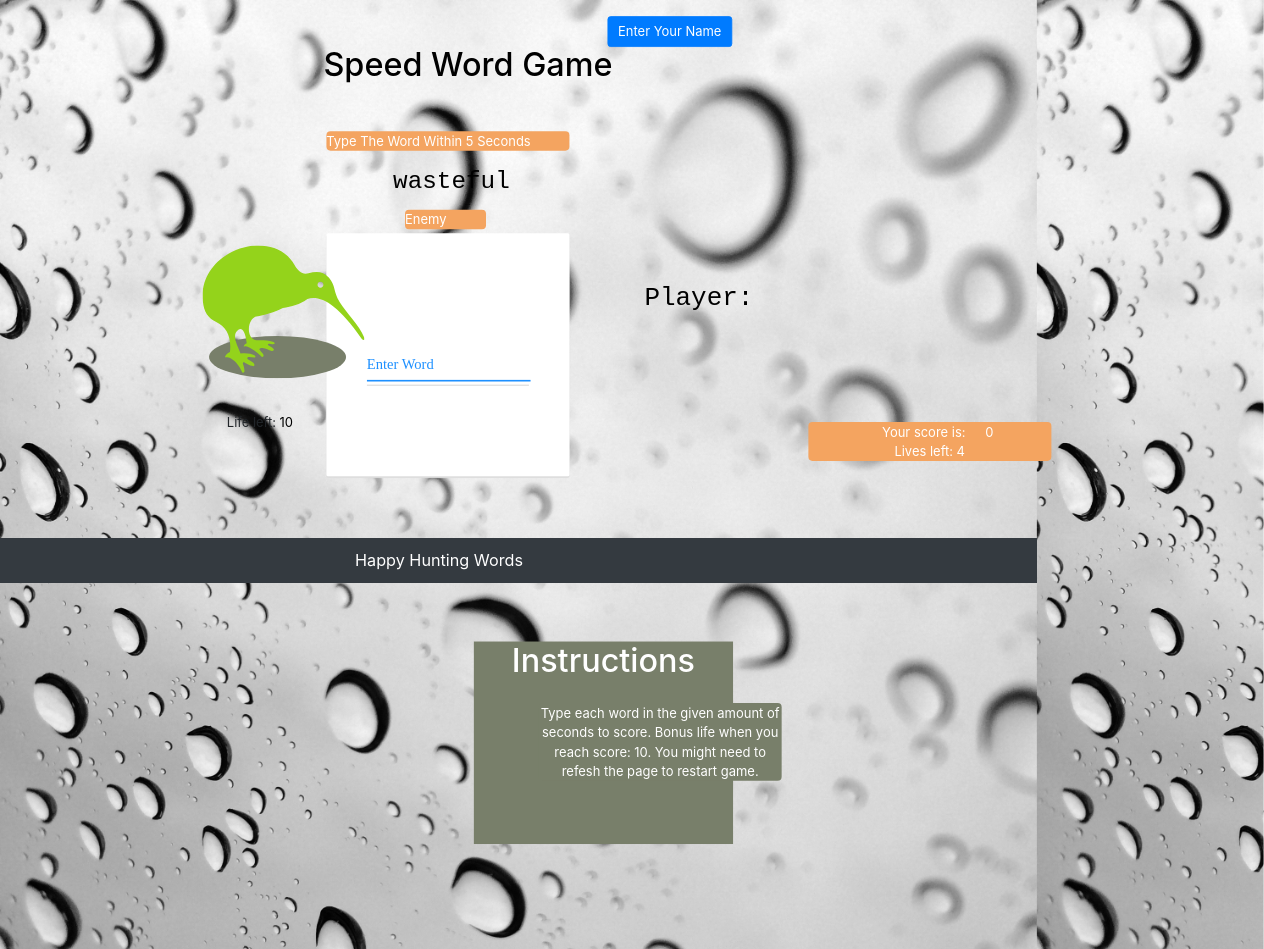
Repository: konstantin0s/word-game-project
Page: modal.html
An editor plug-in stored every save of this project. The page is shown before and after the next save, followed by the edit.
The browser window is 1280 px wide. The page is 1560 px wide, so the pictures cover 1560 px, including what lies to the right of the window. The pictures show the whole page, at 81% of full size.
Backgrounds fixed to the window are drawn as part of the page. Some web libraries are served in a nearby version.

Above is the page before, as saved 2019-02-14 11:08:44.

### modal.html
<!DOCTYPE html>
<html lang="en">

<head>

  <meta charset="utf-8">
  <meta name="viewport" content="width=device-width, initial-scale=1, shrink-to-fit=no">
  <meta name="description" content="">
  <meta name="author" content="">

  <title>Speed Word Game</title>
  <!-- <link rel="stylesheet" href="https://maxcdn.bootstrapcdn.com/bootstrap/3.4.0/css/bootstrap.min.css"> -->
  <script src="https://ajax.googleapis.com/ajax/libs/jquery/3.3.1/jquery.min.js"></script>
  <script src="https://maxcdn.bootstrapcdn.com/bootstrap/3.4.0/js/bootstrap.min.js"></script>
  <script src="https://cdnjs.cloudflare.com/ajax/libs/p5.js/0.7.3/p5.js"></script>
  <!-- Bootstrap core CSS -->
  <link href="vendor/bootstrap/css/bootstrap.min.css" rel="stylesheet">

  <!-- Custom styles for this template -->
  <link href="css/the-big-picture.css" rel="stylesheet">
  <link rel="stylesheet" href="css/style.css">

</head>

<body>

  <!-- Navigation -->
  <nav class="navbar navbar-expand-lg navbar-dark bg-dark fixed-bottom">
    <div class="container">
      <a class="navbar-brand" href="#">Happy Hunting Words</a>
      <button class="navbar-toggler" type="button" data-toggle="collapse" data-target="#navbarResponsive" aria-controls="navbarResponsive" aria-expanded="false" aria-label="Toggle navigation">
        <span class="navbar-toggler-icon"></span>
      </button>
      <div class="collapse navbar-collapse" id="navbarResponsive">
      </div>
    </div>
  </nav>



<!-- Button trigger modal -->
<button type="button" id="clearPlayer" class="btn btn-primary" data-toggle="modal" data-target="#exampleModalCenter">
    Enter Your Name
  </button>

  <!-- Modal -->
  <div class="modal fade" id="exampleModalCenter" tabindex="-1" role="dialog" aria-labelledby="exampleModalCenterTitle" aria-hidden="true">
    <div class="modal-dialog modal-dialog-centered" role="document">
      <div class="modal-content">
        <div class="modal-header">
          <h5 class="modal-title" id="exampleModalLongTitle">Player Name</h5>
          <button type="button" class="close" data-dismiss="modal" aria-label="Close">
            <span aria-hidden="true">&times;</span>
          </button>
        </div>
        <div class="modal-body">
            <h3 id="playerN">Enter Your Name</h3>
            <input id="name" onchange="say_hi()">
        </div>
      </div>
    </div>
  </div>
<h2 id="user">
  Player:
</h2>

<div id="output"></div>

  <!-- Page Content -->
  <section>
    <div class="container">
      <div class="row">
        <div class="col-lg-6">
          <h1 class="mt-5">Speed Word Game</h1>
          <p class="type">Type The Word Within
            <span id="sec"></span>
            Seconds</p>
          <div id="wordsDisplay">

          </div>
          <div id="time">
           <p>Time left:</p> <span id="timeLeft"></span>
          </div>
          <div id="userDetails">
             Your score is: <span id="score">0</span><br>
             Lives left: <span id="lives">3</span>
          </div>
          <div class="wrapper">
            <input class="input" id="inputWord" onchange="compareGuess()" placeholder="Enter Word" type="text"  autofocus>
            <span class="underline"></span>
        </div>
        </div>
      </div>
    </div>
  </section>

  <div id="corWrong"></div>

   <p id="messageP"></p>
   <div class="enemy">
    Life left: <span id="enemyLife">10</span>
   </div>
  <svg version="1.1" id="Layer_1" xmlns="http://www.w3.org/2000/svg" xmlns:xlink="http://www.w3.org/1999/xlink" x="0px" y="0px"
  width="612px" height="502.174px" viewBox="0 65.326 612 502.174" enable-background="new 0 65.326 612 502.174"
  xml:space="preserve" class="logo">

<ellipse class="ground" cx="283.5" cy="487.5" rx="259" ry="80"/>
<path class="kiwi" d="M210.333,65.331C104.367,66.105-12.349,150.637,1.056,276.449c4.303,40.393,18.533,63.704,52.171,79.03
 c36.307,16.544,57.022,54.556,50.406,112.954c-9.935,4.88-17.405,11.031-19.132,20.015c7.531-0.17,14.943-0.312,22.59,4.341
 c20.333,12.375,31.296,27.363,42.979,51.72c1.714,3.572,8.192,2.849,8.312-3.078c0.17-8.467-1.856-17.454-5.226-26.933
 c-2.955-8.313,3.059-7.985,6.917-6.106c6.399,3.115,16.334,9.43,30.39,13.098c5.392,1.407,5.995-3.877,5.224-6.991
 c-1.864-7.522-11.009-10.862-24.519-19.229c-4.82-2.984-0.927-9.736,5.168-8.351l20.234,2.415c3.359,0.763,4.555-6.114,0.882-7.875
 c-14.198-6.804-28.897-10.098-53.864-7.799c-11.617-29.265-29.811-61.617-15.674-81.681c12.639-17.938,31.216-20.74,39.147,43.489
 c-5.002,3.107-11.215,5.031-11.332,13.024c7.201-2.845,11.207-1.399,14.791,0c17.912,6.998,35.462,21.826,52.982,37.309
 c3.739,3.303,8.413-1.718,6.991-6.034c-2.138-6.494-8.053-10.659-14.791-20.016c-3.239-4.495,5.03-7.045,10.886-6.876
 c13.849,0.396,22.886,8.268,35.177,11.218c4.483,1.076,9.741-1.964,6.917-6.917c-3.472-6.085-13.015-9.124-19.18-13.413
 c-4.357-3.029-3.025-7.132,2.697-6.602c3.905,0.361,8.478,2.271,13.908,1.767c9.946-0.925,7.717-7.169-0.883-9.566
 c-19.036-5.304-39.891-6.311-61.665-5.225c-43.837-8.358-31.554-84.887,0-90.363c29.571-5.132,62.966-13.339,99.928-32.156
 c32.668-5.429,64.835-12.446,92.939-33.85c48.106-14.469,111.903,16.113,204.241,149.695c3.926,5.681,15.819,9.94,9.524-6.351
 c-15.893-41.125-68.176-93.328-92.13-132.085c-24.581-39.774-14.34-61.243-39.957-91.247
 c-21.326-24.978-47.502-25.803-77.339-17.365c-23.461,6.634-39.234-7.117-52.98-31.273C318.42,87.525,265.838,64.927,210.333,65.331
 z M445.731,203.01c6.12,0,11.112,4.919,11.112,11.038c0,6.119-4.994,11.111-11.112,11.111s-11.038-4.994-11.038-11.111
 C434.693,207.929,439.613,203.01,445.731,203.01z"/>
<filter id="pictureFilter" >
 <feGaussianBlur stdDeviation="15" />
</filter>
</svg>


<div class="instructions">
  <h1>Instructions</h1>
  <p>Type each word in the given amount of seconds to score.
    Bonus life when you reach score: 10.
    You might need to refesh the page to restart game.
  </p>
</div>

  <!-- Bootstrap core JavaScript -->
  <script src="vendor/jquery/jquery.min.js"></script>
  <script src="vendor/bootstrap/js/bootstrap.bundle.min.js"></script>
  <script src="js/main.js"></script>

</body>

</html>

### css/the-big-picture.css
/*!
 * Start Bootstrap - The Big Picture (https://startbootstrap.com/template-overviews/the-big-picture)
 * Copyright 2013-2019 Start Bootstrap
 * Licensed under MIT (https://github.com/BlackrockDigital/startbootstrap-the-big-picture/blob/master/LICENSE)
 */
body {
  background: url('../img/drop.jpg') no-repeat center center fixed;
  -webkit-background-size: cover;
  -moz-background-size: cover;
  background-size: cover;
  -o-background-size: cover;
}

### css/style.css
body {
  margin: 0;
  padding: 0;
  z-index: 40;
  overflow-x: hidden;
}

.container {
  display: flex;
  flex-direction: column;
  justify-content: center;

}

.container .type {
   position: relative;
   top: 20px;
}
.mt-5 {
  color: black;
  text-align: center;
  position: relative;
  top: -30px;
  left: 290px;
}
.wrapper {
  background-color: #FFF;
  border-radius: 2px;
  box-shadow: 0px 2px 1px 0px #DDD;
  box-sizing: border-box;
  height: 300px;
  left: 550px;
  margin: -150px 0 0 -150px;
  position: absolute;
  top: 400px;
  width: 300px;

}

.input {
  background-color: transparent;
  border: none;
  border-bottom: 1px solid #CCC;
  color: #555;
  box-sizing: border-box;
  font-family: 'Arvo';
  font-size: 18px;
  height: 50px;
  left: 50%;
  margin: -25px 0 0 -100px;
  padding: 10px 0px;
  position: relative;
  top: 50%;
  width: 200px;

  &:focus {
    outline: none;
  }
}

input::-webkit-input-placeholder {
  color: #AAA;
}

input:focus::-webkit-input-placeholder {
  color: dodgerblue;
}

.input:focus+.underline {
  transform: scale(1);
}

.underline {
  background-color: dodgerblue;
  display: inline-block;
  height: 2px;
  left: 50px;
  margin-top: -4px;
  position: absolute;
  top: 185px;
  -webkit-transform: scale(0, 1);
  transform: scale(0, 1);
  -webkit-transition: all 0.5s linear;
  transition: all 0.5s linear;
  width: 202px;
}


font {
  color: white;
}

#wordsDisplay {
  position: relative;
  top: 20px;
  left: 387px;
  color: black;
  font-family: 'Courier New', Courier, monospace;
  font-size: 30px;
  width: 305px;
  text-align: center;
}
#userDetails {
  position: relative;
  top: 230px;
 float: right;
 /* left: 500px; */
 left: 740px;
  color: white;
  background-color: sandybrown;
  width: 300px;
  text-align: center;
  border-radius: 5px;
}

#score {
  position: relative;
  top: 0px;
  left: 20px;
  color: white;
  background-color: sandybrown;
}

#time {
  text-align: center;
}

 p {
  position: relative;
  top: 450px;
  left: 385px;
  color: white;
  background-color: sandybrown;
  width: 300px;
  border-radius: 5px;
 }

#timeLeft {
  position: relative;
  top: 400px;
  left: 330px;
  color: white;
  background-color: sandybrown;
}

.sec {
  position: relative;
  top: 400px;
  left: 330px;
  color: white;
  background-color: sandybrown;
}

b {
  color: black;
  text-transform: capitalize;;
}

#user {
  position: relative;
  top: 350px;
  right: 350px;
  float: right;
  color: black;
  font: 33px;
  font-family: 'Courier New', Courier, monospace;
}

#output {
  position: relative;
  color: black;
  float: right;
  right: 250px;
  font-size:28px;
  top: 410px;
}

#playerN {
  color: black;
}

.newP {
  position: relative;
  left: 40px;
  top: 120px;
}

.navbar-brand {
  position: relative;
  left: -90px;
}


@import "compass/css3";

.logo {
  position: relative;
  width: 200px;
  height: 164px;
  left: 250px;
  top: -100px;
}

.kiwi {
  fill: #94d31b;

}
.kiwi:hover {
  fill: #ace63c;
}

.ground {
  fill: #787f6a;
}
.ground:hover {
  filter: url(#pictureFilter);
  fill: #896d3d;
}

#messageP {
  position: relative;
  top: -80px;
  width: 100px;
  left: 500px;
}

.instructions {
  background-color: #787f6a;
  width: 25%;
  height: 250px;
  color: white;
  position: relative;
  left: 580px;
  top: 220px;
  margin: 5px;
  text-align: center;
  margin-bottom: 350px;
}

.instructions p {
  background-color: #787f6a;
  position: relative;
  left: 80px;
  top: 20px;
  width: 1005;
  text-align: center;
}

#clearPlayer {
  position: relative;
  top: 20px;
  left: 750px;
}

#corWrong {
  position: relative;
  left: 780px;
  top: 270px;
  color: black;
  font: 30px;
}

#enemyLife {
  color: black;
}
 .enemy {
   left: 280px;
   position: relative;
   top:130px;
 }

#modalContainer {
	background-color:rgba(0, 0, 0, 0.3);
	position:absolute;
  top:0;
	width:100%;
	height:100%;
	left:0px;
	z-index:10000;
  /* background: url('../img/drop.jpg') no-repeat center center fixed;required by MSIE to prevent actions on lower z-index elements */
}

#alertBox {
	position:relative;
  width:43%;
  height: 25%;
	min-height:100px;
  max-height:400px;
	margin-top:50px;
	border:1px solid #fff;
	background-color:#fff;
	background-repeat:no-repeat;
  top:30%;
  left: 500px;
}

#modalContainer > #alertBox {
  position:fixed;
}

#alertBox h1 {
	margin:0;
	font:bold 1em Raleway,arial;
	background-color:#f97352;
  color:#FFF;
  text-align: center;
	border-bottom:1px solid #f97352;
	padding:10px 0 10px 5px;
}

#alertBox p {
 height:50px;
	padding-left:5px;
  padding-top:30px;
  text-align:center;
   vertical-align:middle;
  visibility: hidden;
}

#alertBox #closeBtn {
	display:block;
	position:relative;
	margin:10px auto 10px auto;
  padding:7px;
	border:0 none;
	width:170px;
	text-transform:uppercase;
	text-align:center;
	color:#FFF;
	background-color:#f97352;
	border-radius: 0px;
	text-decoration:none;
  outline:0!important;
} */

/* unrelated styles */

 /* #mContainer {
  position:relative;
	width:600px;
	margin:auto;
	padding:5px;
	border-top:2px solid #fff;
	border-bottom:2px solid #fff;
}

h1,h2 {
	margin:0;
  padding:4px;
}

code {
	font-size:1.2em;
	color:#069;
}

#credits {
	position:relative;
	margin:25px auto 0px auto;
	width:350px;
	font:0.7em verdana;
	border-top:1px solid #000;
	border-bottom:1px solid #000;
	height:90px;
	padding-top:4px;
}

#credits img {
	float:left;
	margin:5px 10px 5px 0px;
	border:1px solid #000000;
	width:80px;
	height:79px;
}

.important {
	background-color:#F5FCC8;
	padding:2px;

}

@media (max-width: 600px)
{
  #alertBox {
	position:relative;
	width:90%;
  top:30%;
}
} */

### js/main.js
function say_hi() {
  var name = document.getElementById("name").value;
  var html = "<b>" + name + "</b> ";
 document.getElementById("output").innerHTML = html;
}

function clearPlayer() {
  document.getElementById("name").value = "";
  var input = document.getElementById("name");
  input.style.visibility = "hidden";
  var playerN = document.getElementById("playerN");
  playerN.style.visibility = "hidden";
  var clearPlayer = document.getElementById("clearPlayer");
  clearPlayer.style.visibility = "hidden";
  var exampleModalCenter = document.getElementById("exampleModalCenter");
  exampleModalCenter.style.visibility = "none";
  var modalContent = document.getElementsByClassName("modal-content");
  modalContent.style.visibility = "hidden";
}

  (function() {
    setInterval(function(){
      clearPlayer();
    }, 10000);
}());

  var wordGeneratorLevel1 = function() {
    setInterval(function(){
      generate();
    }, 5000);
    timer();
  }

  var wordGeneratorLevel2 = function() {
    setInterval(function(){
      generate();
    }, 3000);
    timer();
}

var input = document.getElementById("inputWord");
input.addEventListener('keyup',function(e){
  if (e.keyCode == 13) {
}
});

  var wordsLevel1 = [
    "clever", "amongst", "implementing", "intelectual", "sensual", "amazing", "beautify", "project", "tall",
"curl", "rate", "busy", "unusual", "extend", "exclusive", "ray", "shy", "wasteful", "unbecoming", "fallacious",
"toothbrush", "bounce", "brightwork", "verkrampte", "protectrix", "nudibranch", "grandchild", "newfangled", "flugelhorn", "mythologer"
     ];

     var wordsLevel2 = [
      "jackhammer",
     "brightwork", "verkrampte", "protectrix", "nudibranch", "grandchild", "newfangled", "flugelhorn", "mythologer",
     "pluperfect", "jellygraph", "quickthorn", "rottweiler", "technician", "cowpuncher", "middlebrow",
     "jackhammer", "triphthong", "wunderkind", "dazzlement", "jabberwock", "witchcraft","pawnbroker", "thumbprint", "motorcycle"
       ];


  var randomDiv = document.getElementById("wordsDisplay");
  var addScore = document.getElementById("score");
  var freshLives = document.getElementById("lives");
  var timeLeft = document.getElementById("timeLeft");
  var svgLogo = document.getElementById("Layer_1");
   var messagePlayer = document.getElementById("messageP");
   var corWrong = document.getElementById("corWrong");
   var dinaSec = document.getElementById("sec");
   var enemy = document.getElementById("enemyLife");
  var randomIndex;
  var newText;
  var score = 0;
  var lives = 5;
  var seconds = 5;
  enemyLife = 10;


  function flashLogo() {
    var interval = window.setInterval(function(){
      if(svgLogo.display !== "hidden"){
        svgLogo.style.visibility = "hidden";

      }else{
        svgLogo.style.visibility = "hidden";
      }
  }, 1000);
  }

  function checkLife() {
    if (lives == 0) {
      createCustomAlert(); // game over

      setInterval(function(){
          window.location.href = "http://127.0.0.1:5500/index.html";
      }, 10000);
      score = 0;
      addScore.textContent = "0"
      resetInput();
      lives = 5;
      freshLives.innerHTML = lives;
    }
  }


  function generate() {
   randomIndex = Math.ceil((Math.random() * wordsLevel1.length - 1));
   newText = wordsLevel1[randomIndex];
   randomDiv.innerHTML = newText;

  }

  function generateLevel2() {
    randomIndex = Math.ceil((Math.random() * wordsLevel2.length - 1));
    newText = wordsLevel2[randomIndex];
    randomDiv.innerHTML = newText;
   }

  var flag;
  function compareGuess() {
    var searchWord = document.getElementById("inputWord").value;
    var wordName = document.getElementById("wordsDisplay");
    messagePlayer.innerHTML = "Enemy";
    flag = false;
         if (searchWord == wordName.innerHTML) {
          corWrong.innerHTML = "Correct!!!"
          wordName.style.height = "40px";
           wordName.style.backgroundColor = "yellow";
           score++;
           enemyLife--;
           enemy.innerHTML = enemyLife;
           if (enemyLife == 0) {
            enemy.innerText = "";
           }
           addScore.textContent = score;
           flag = true;
           if (score >= 10 && score <= 11) {
            var audio = new Audio('https://interactive-examples.mdn.mozilla.net/media/examples/t-rex-roar.mp3');
            audio.play();
             lives++
            enemy.innerHTML = enemyLife;
            enemy.innerText = "DeaD";
             freshLives.innerHTML = lives;
            flashLogo();
            messagePlayer.innerHTML = "I'm Outta Here :)";
           }
           clearInterval(timer);
           setInterval(function(){
            wordName.style.backgroundColor = "";
          }, 1500);
          resetInput();
             flag = true;
         } else {
           wordName.style.backgroundColor = "";
         }

         if (flag == false) {
          lives--;
          freshLives.innerHTML = lives;
          corWrong.innerHTML = "Wrong!!!"
          resetInput();
         }
         checkLife();
      }

      function timer() {
        setInterval(function(){
          seconds--;
          dinaSec.innerHTML = seconds;
          timeLeft.innerHTML = seconds;
          if (seconds == 0 && !flag) {
            lives--;
          }
           if(seconds == 0) {
            freshLives.innerHTML = lives;
            seconds = currentLevel + 1;
            dinaSec.innerHTML = seconds;
            timeLeft.innerHTML = seconds;
            checkLife();
            flag = false;
           }
      }, 1000);
      }

 function resetInput() {
  document.getElementById("inputWord").value = "";
  }


  function init() {
    wordGeneratorLevel1();
    lives = 5;
    freshLives.innerHTML = lives;
    messagePlayer.innerHTML = "Enemy";
   }

 window.onload = init;

   var levels = {
    easy: 6,
    medium: 4,
    hard: 2
  }
  var currentLevel = levels.medium;


 var ALERT_TITLE = "Game Over!\n Restart?";
var ALERT_BUTTON_TEXT = "Ok";

if(document.getElementById) {
	window.alert = function(txt) {
    createCustomAlert(txt);
	}
}

function createCustomAlert(txt) {
	d = document;

  if(d.getElementById("modalContainer"))
   return;

	mObj = d.getElementsByTagName("body")[0].appendChild(d.createElement("div"));
	mObj.id = "modalContainer";
	mObj.style.height = d.documentElement.scrollHeight + "px";

	alertObj = mObj.appendChild(d.createElement("div"));
	alertObj.id = "alertBox";
	if(d.all && !window.opera) alertObj.style.top = document.documentElement.scrollTop + "px";
	alertObj.style.left = (d.documentElement.scrollWidth - alertObj.offsetWidth)/2 + "px";
  alertObj.style.visiblity="visible";
  alertObj.style.left="480px";

	h1 = alertObj.appendChild(d.createElement("h1"));
	h1.appendChild(d.createTextNode(ALERT_TITLE));

	msg = alertObj.appendChild(d.createElement("p"));
	//msg.appendChild(d.createTextNode(txt));
  msg.innerHTML = txt;
  audio = new Audio('http://www.project818.com/files/music/TI-Justin-Timberlake-Dead-and-Gone.mp3');
  audio.play();

	btn = alertObj.appendChild(d.createElement("a"));
	btn.id = "closeBtn";
	btn.appendChild(d.createTextNode(ALERT_BUTTON_TEXT));
	btn.href = "#";
	btn.focus();
  btn.onclick = function() { removeCustomAlert();
      audio.pause();
      window.location.href = "http://127.0.0.1:5500/index.html";
    return false; }

	alertObj.style.display = "block";

}

function removeCustomAlert() {
  document.getElementsByTagName("body")[0].removeChild(document.getElementById("modalContainer"));
  window.location.href = "http://127.0.0.1:5500/index.html";

}
function ful(){
alert('Game Over!!!');
}

Loaded but not shown: vendor/bootstrap/css/bootstrap.min.css (library); vendor/jquery/jquery.min.js (library); vendor/bootstrap/js/bootstrap.bundle.min.js (library)

After the next save:
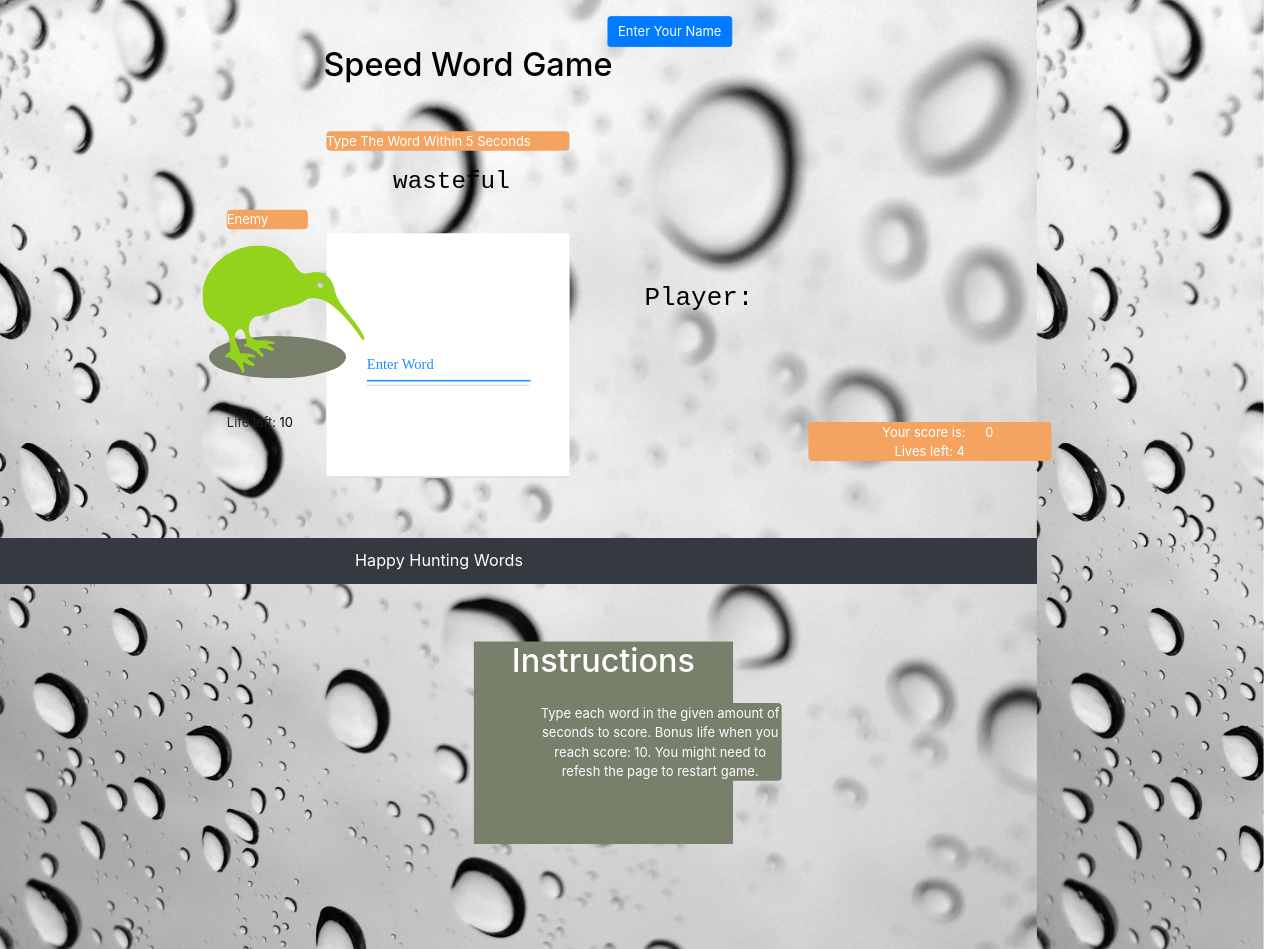
Saved 6 s later.
--- a/css/style.css
+++ b/css/style.css
@@ -221,7 +221,7 @@ b {
   position: relative;
   top: -80px;
   width: 100px;
-  left: 500px;
+  left: 280px;
 }
 
 .instructions {
